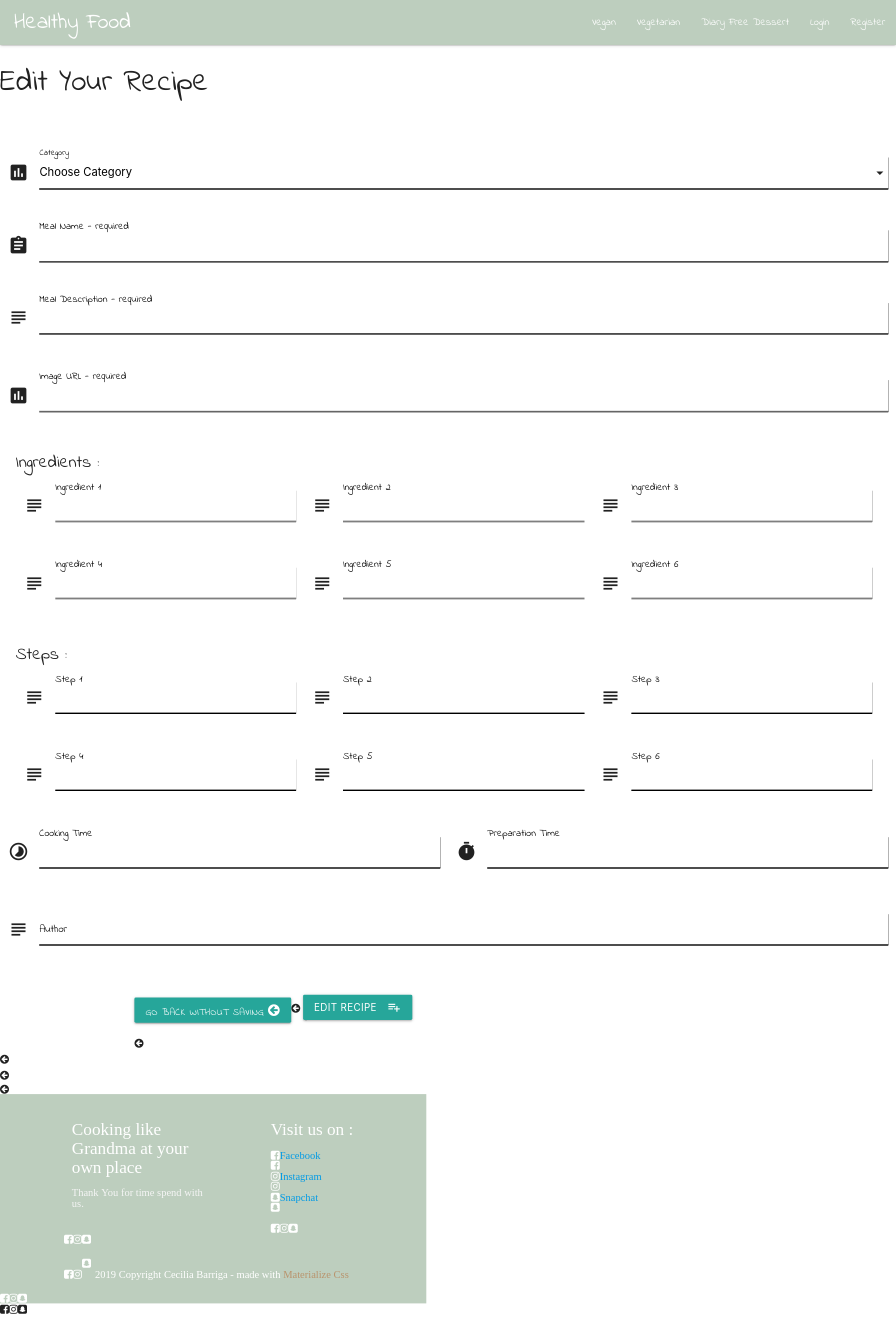
Repository: cesole/cookbook
Page: templates/edit_recipe.html
The author's editor kept a record of every edit. The page is drawn from the files as they stood at one moment, then again after the next edit.
The browser window is 1280 px wide. The pictures show the whole page, at 70% of full size.
The page is served by the project's application, run on Flask 3 (app.py). The template is opened directly, without the code that normally fills it, so the values that code supplies are empty.

Above is the page before.

### templates/edit_recipe.html
{% extends 'base.html'%} {% block content %}
<h3>Edit Your Recipe</h3>
<div class="row">
    <form action="{{ url_for('update_recipe', meal_id=meal._id) }}" method="POST" class="col s12">
        <div class="row">
            <div class="input-field col s12">
                <i class="material-icons prefix">poll</i>
                <select id="category" name="category_name">
                  <option value="" disabled selected>Choose Category</option>
                  {% for meal in meals %}
                      <option value="{{meal.category_name}}" selected >{{meal.category_name}}</option>
                      {% else %}
                       <option value="{{meal.category_name}}">{{meal.category_name}}</option>

                  {% endfor %}
                </select>
                <label>Category</label>
            </div>
        </div>
        <div class="row">
            <div class="input-field col s12">
                <i class="material-icons prefix">assignment</i>
                <input placeholder="" id="dish_name" name="dish_name" type="text" class="validate" data-length="20" value="{{meal.dish_name}}" required>
                <label for="icon_prefix">Meal Name - required</label>
            </div>
        </div>
        <div class="row">
            <div class="input-field col s12">
                <i class="material-icons prefix">subject</i>
                <textarea placeholder="" name="dish_description" id="dish_description" class="materialize-textarea" required>{{meal.dish_description}}</textarea>
                <label for="icon_telephone">Meal Description - required</label>
            </div>
        </div>
        <div class="row">
            <div class="input-field col s12">
                <i class="material-icons prefix">poll</i>
                <input placeholder="" id="image" name="image" value="{{meal.image}}" type="text" class="validate" data-length="100" required>
                <label for="icon_prefix">Image URL - required</label> {% for image in images %}
                <img src="{{meal.image}}" alt="meal image"> {% endfor %}
            </div>
        </div>
        <div class="row col s12 m12">
            <h5>Ingredients :</h5>
            <div class="input-field col s12 m4">
                <i class="material-icons prefix">subject</i>
                <textarea placeholder="" name="ingredient_one" id="ingredient_one" class="materialize-textarea">{{meal.ingredient_one}}</textarea>
                <label for="icon_telephone">Ingredient 1</label>
            </div>
            <div class="input-field col s12 m4">
                <i class="material-icons prefix">subject</i>
                <textarea placeholder="" name="ingredient_two" id="ingredient_two" class="materialize-textarea">{{meal.ingredient_two}}</textarea>
                <label for="icon_telephone">Ingredient 2</label>
            </div>
            <div class="input-field col s12 m4">
                <i class="material-icons prefix">subject</i>
                <textarea placeholder="" name="ingredient_three" id="ingredient_three" class="materialize-textarea">{{meal.ingredient_three}}</textarea>
                <label for="icon_telephone">Ingredient 3</label>
            </div>
        </div>
        <div class="row col s12 m12">
            <div class="input-field col s12 m4">
                <i class="material-icons prefix">subject</i>
                <textarea placeholder="" name="ingredient_four" id="ingredient_four" class="materialize-textarea">{{meal.ingredient_four}}</textarea>
                <label for="icon_telephone">Ingredient 4</label>
            </div>
            <div class="input-field col s12 m4">
                <i class="material-icons prefix">subject</i>
                <textarea placeholder="" name="ingredient_five" id="ingredient_five" class="materialize-textarea">{{meal.ingredient_five}}</textarea>
                <label for="icon_telephone">Ingredient 5</label>
            </div>
            <div class="input-field col s12 m4">
                <i class="material-icons prefix">subject</i>
                <textarea placeholder="" name="ingredient_six" id="ingredient_six" class="materialize-textarea">{{meal.ingredient_six}}</textarea>
                <label for="icon_telephone">Ingredient 6</label>
            </div>
        </div>
        <div class="row col s12 m12">
            <h5>Steps :</h5>
            <div class="input-field col s12 m4">
                <i class="material-icons prefix">subject</i>
                <textarea placeholder="" name="step_one" id="step_one" class="materialize-textarea">{{meal.step_one}}</textarea>
                <label for="icon_telephone">Step 1</label>
            </div>
            <div class="input-field col s12 m4">
                <i class="material-icons prefix">subject</i>
                <textarea placeholder="" name="step_two" id="step_two" class="materialize-textarea">{{meal.step_two}}</textarea>
                <label for="icon_telephone">Step 2</label>
            </div>
            <div class="input-field col s12 m4">
                <i class="material-icons prefix">subject</i>
                <textarea placeholder="" name="step_three" id="step_three" class="materialize-textarea">{{meal.step_three}}</textarea>
                <label for="icon_telephone">Step 3</label>
            </div>
        </div>
        <div class="row col s12 m12">
            <div class="input-field col s12 m4">
                <i class="material-icons prefix">subject</i>
                <textarea placeholder="" name="step_four" id="step_four" class="materialize-textarea">{{meal.step_four}}</textarea>
                <label for="icon_telephone">Step 4</label>
            </div>
            <div class="input-field col s12 m4">
                <i class="material-icons prefix">subject</i>
                <textarea placeholder="" name="step_five" id="step_five" class="materialize-textarea">{{meal.step_five}}</textarea>
                <label for="icon_telephone">Step 5</label>
            </div>
            <div class="input-field col s12 m4">
                <i class="material-icons prefix">subject</i>
                <textarea placeholder="" name="step_six" id="step_six" class="materialize-textarea">{{meal.step_six}}</textarea>
                <label for="icon_telephone">Step 6</label>
            </div>
        </div>
        <div class="row">
            <div class="input-field col s12 m6">
                <i class="material-icons prefix">timelapse</i>
                <textarea placeholder="" name="cook_time" id="cook_time" class="materialize-textarea">{{meal.cook_time}}</textarea>
                <label for="icon_telephone">Cooking Time</label>
            </div>
            <div class="input-field col s12 m6">
                <i class="material-icons prefix">timer</i>
                <textarea placeholder="" name="prep_time" id="prep_time" class="materialize-textarea">{{meal.prep_time}}</textarea>
                <label for="icon_telephone">Preparation Time</label>
            </div>
        </div>
        <div class="row">
            <div class="input-field col s12">
                <i class="material-icons prefix">subject</i>
                <textarea name="author" id="author" class="materialize-textarea">{{ meal.author }}</textarea>
                <label for="icon_telephone">Author</label>
            </div>
        </div>
    </form>
</div>
<div class="container">
    <div class="row">
        <a class="btn waves-effect waves-light" name="action" href="/get_my_recipes">Go Back without Saving <i class="fa fa-arrow-circle-left"></a>
        <button class="btn waves-effect waves-light" type="submit" name="action">Edit Recipe
                <i class="material-icons right">playlist_add</i>
             </button>

    </div>

</div>

{% endblock %}

### templates/base.html
<!DOCTYPE html>
<html lang="en">

<head>
    <meta charset="UTF-8">
    <meta name="viewport" content="width=device-width, initial-scale=1.0">

    <link href="https://fonts.googleapis.com/icon?family=Material+Icons" rel="stylesheet">
    <!-- Compiled and minified CSS -->
    <link rel="stylesheet" href="{{ url_for('static', filename='css/materialize.min.css') }}" type="text/css" />
    <link href="https://stackpath.bootstrapcdn.com/font-awesome/4.7.0/css/font-awesome.min.css" rel="stylesheet" integrity="sha384-wvfXpqpZZVQGK6TAh5PVlGOfQNHSoD2xbE+QkPxCAFlNEevoEH3Sl0sibVcOQVnN" crossorigin="anonymous">
    <link href="https://fonts.googleapis.com/css?family=Indie+Flower&display=swap" rel="stylesheet">
    <link rel="stylesheet" href="{{ url_for('static', filename='css/style.css') }}" type="text/css" />


    <title>Cookbook</title>
</head>

<body class="container-fluid">
    <nav>
        <div class="nav-wrapper">
            <a href="{{url_for('index')}}" class="brand-logo">Healthy Food</a>
            <a href="#" data-target="mobile-demo" class="sidenav-trigger"><i class="material-icons">menu</i></a>
            <ul class="right hide-on-med-and-down">
                {% if session.username %}
                <li>Hello, {{ session.username }}!</li>
                {% endif %}
                <li><a href="{{url_for('vegan')}}">Vegan</a></li>
                <li><a href="{{url_for('vegetarian')}}">Vegetarian</a></li>
                <li><a href="{{url_for('dessert')}}">Diary Free Dessert</a></li>
                {% if not session.username %}
                <li><a href="{{url_for('login')}}">Login</a></li>
                <li><a href="{{url_for('register')}}">Register</a></li>
                {% else %}
                <li><a href="{{url_for('get_my_recipes')}}">My Recipes</a></li>
                <li><a href="{{url_for('logout')}}">Logout</a></li>
                {% endif %}
            </ul>
        </div>
        <ul class="sidenav" id="mobile-demo">
            {% if session.username %}
            <li>Hello, {{ session.username }}!</li>
            {% endif %}
            <li><a href="{{url_for('vegan')}}">Vegan</a></li>
            <li><a href="{{url_for('vegetarian')}}">Vegetarian</a></li>
            <li><a href="{{url_for('dessert')}}">Diary Free Dessert</a></li>
            {% if not session.username %}
            <li><a href="{{url_for('login')}}">Login</a></li>
            <li><a href="{{url_for('register')}}">Register</a></li>
            {% else %}
            <li><a href="{{url_for('get_my_recipes')}}">My Recipes</a></li>
            <li><a href="{{url_for('logout')}}">Logout</a></li>
            {% endif %}
        </ul>
    </nav>

    <div class="container-fluid">
        <main>{% block content %}{% endblock %}</main>
    </div>

    <footer class="page-footer">
        <div class="container">
            <div class="row">
                <div class="col l6 s12">
                    <h5 class="white-text">Cooking like Grandma at your own place</h5>
                    <p class="grey-text text-lighten-4">Thank You for time spend with us.</p>
                </div>
                <div class="col l4 offset-l2 s12">
                    <h5 class="white-text">Visit us on :</h5>
                    <ul>
                        <li><i class="fa fa-facebook-square"><a class="social-media" href="https://www.facebook.com/" target=_blank>Facebook</a></li>
                        <li><i class="fa fa-instagram"><a class="social-media" href="https://www.instagram.com/" target=_blank>Instagram</a></li>
                        <li><i class="fa fa-snapchat-square"><a class="social-media" href="https://www.snapchat.com/" target=_blank>Snapchat</a></li>
                    </ul>
                </div>
            </div>
            <div class="copyright">
                <div class="row">
                    © 2019 Copyright Cecilia Barriga - made with <a class="orange-text text-lighten-3" href="https://materializecss.com/" target=_blank>Materialize Css</a>
                </div>
            </div>
        </div>
    </footer>


    <script src="https://code.jquery.com/jquery-3.3.1.slim.min.js" integrity="sha384-q8i/X+965DzO0rT7abK41JStQIAqVgRVzpbzo5smXKp4YfRvH+8abtTE1Pi6jizo" crossorigin="anonymous"></script>
    <!-- Compiled and minified JavaScript -->
    <script src="https://cdnjs.cloudflare.com/ajax/libs/materialize/1.0.0/js/materialize.min.js"></script>

    <script>
        $(document).ready(function() {
            $('.sidenav').sidenav();
            $('.parallax').parallax();
            $('.carousel').carousel();
            $('.slider').slider();
            $('select').formSelect();
        });
    </script>

</body>

</html>

### app.py
import os
from flask import Flask, render_template, flash, redirect, request, url_for, session, make_response, current_app
from flask_pymongo import PyMongo
import pymongo
from pymongo import MongoClient
from bson.objectid import ObjectId
import json
from datetime import datetime
from functools import update_wrapper


app = Flask(__name__)
app.config["MONGO_DBNAME"] = 'cook_book'
app.config["MONGO_URI"] = os.getenv('MONGO_URI', 'mongodb://localhost')
app.config['SECRET_KEY'] = "cooking_book"


mongo = PyMongo(app)




@app.route('/')
@app.route('/index')
def index():
    return render_template('index.html')

@app.route('/vegan')
def vegan():
    return render_template('vegan.html',
                            meals=mongo.db.meals.find())

@app.route('/vegetarian')
def vegetarian():
    return render_template('vegetarian.html',
                            meals=mongo.db.meals.find())

@app.route('/dessert')
def dessert():
    return render_template('dessert.html',
                            meals=mongo.db.meals.find())

@app.route('/login', methods=["POST", "GET"])
def login():
    users = mongo.db.users
    login_user = users.find_one({"username" : request.form.get("username", False)})
    if login_user:
        if (request.form['pass']) == login_user['password']:
            session['username'] = request.form['username']
            return redirect(url_for('index'))
        flash('Invalid username/password combination')

    return render_template('login.html')




@app.route('/register', methods=["POST", "GET"])
def register():
    if request.method == "POST":
        users = mongo.db.users
        existing_user = users.find_one({"username" : request.form['username']})
        if existing_user is None:
            users.insert({'username' : request.form['username'],
                            'password' : request.form['pass']
            })
            session['username'] = request.form['username']
            return redirect(url_for('index'))
        flash("Username already exist! Try again!")
    return render_template('register.html')


@app.route('/get_my_recipes', methods=['GET', 'POST'])
def get_my_recipes():
    if not 'username' in session:
        return redirect('/login')
    else:
        meals = mongo.db.meals.find()
        return render_template('user_recipes.html',
                           user=session['username'],
                        meals=meals)

@app.route('/add_recipe')
def add_recipe():
    return render_template('add_recipe.html',
                            categories=mongo.db.categories.find(),
                            meals=mongo.db.meals.find())


@app.route('/insert_recipe', methods=['POST'])
def insert_recipe():
    meals =  mongo.db.meals
    meals.insert_one(request.form.to_dict())
    return render_template('user_recipes.html',
    categories=mongo.db.categories.find(),
                            meals=mongo.db.meals.find())


@app.route('/delete_recipe/<meal_id>')
def delete_recipe(meal_id):
    mongo.db.meals.remove({'_id': ObjectId(meal_id)})
    return redirect(url_for('get_my_recipes'))


@app.route('/edit_recipe/<meal_id>')
def edit_recipe(meal_id):
    the_meal =  mongo.db.meal.find_one({"_id": ObjectId(meal_id)})
    all_categories =  mongo.db.categories.find()
    return render_template('edit_recipe.html', meal=the_meal,
                           categories=all_categories)


@app.route('/update_recipe/<meal_id>', methods=["POST"])
def update_recipe(meal_id):
    meals = mongo.db.meals
    meals.update( {'_id': ObjectId(meal_id)},
    {
        'dish_name':request.form.get('dish_name'),
        'category_name':request.form.get('category_name'),
        'dish_description': request.form.get('dish_description'),
        'ingredient_one': request.form.get('ingredient_one'),
        'ingredient_two': request.form.get('ingredient_two'),
        'ingredient_three': request.form.get('ingredient_three'),
        'ingredient_four': request.form.get('ingredient_four'),
        'ingredient_five': request.form.get('ingredient_five'),
        'ingredient_six': request.form.get('ingredient_six'),
        'step_one': request.form.get('step_one'),
        'step_two': request.form.get('step_two'),
        'step_three': request.form.get('step_three'),
        'step_four': request.form.get('step_four'),
        'step_five': request.form.get('step_five'),
        'step_six': request.form.get('step_six'),
        'image': request.form.get('image'),
        'cook_time': request.form.get('cook_time'),
        'prep_time': request.form.get('prep_time'),
        'author': request.form.get('author')
    })
    return redirect(url_for('get_my_recipes'))



@app.route('/logout')
def logout():
    session.clear()
    return redirect(url_for('index'))

@app.route('/recipe/<meal_id>', methods=['GET', 'POST'])
def recipe(meal_id):
    the_meal =  mongo.db.meals.find_one({"_id": ObjectId(meal_id)})
    return render_template('recipe.html', meal=the_meal)


if __name__ == '__main__':
    app.run(host=os.environ.get('IP'),
            port=int(os.environ.get('PORT')),
            debug=True)

### static/css/style.css
.parallax {
    background-image: url('static/images/background.jpg');
}

nav .nav-wrapper {
    position: relative;
    height: 100%;
    background-color: #bdcebe !important;
    color: white;
}

.index-container {
    margin-left: 30px;
    color: #d6cbd3;
}

.brand-logo {
    font-family: 'Indie Flower', cursive;
    margin-left: 20px;
}

html {
    font-family: 'Indie Flower', cursive;
}

.description {
    font-size: 1.5rem;
}

main {
    min-height: 50vh;
}

form {
    margin-top: 50px;
}

.meals {
    padding-top: 50px;
}

span.card-title {
    background-color: #d68d057a;
    width: 100%;
    padding: 10px !important;
}

.card-content {
    height: 100px;
}

/* Caption styles */

.caption {
    background-color: rgba(0, 0, 0, 0.1);
}

/* parallax styles */
.grey-text.text-darken-3 {
    color: white !important;
    text-align: center;
}

.white {
    background-color: #bdcebe !important;
    color: white;
    text-align: center;
}

/* end of style */

/* carousel style */

.carousel {
    height: 250px;
}

/* end of styles */

.input-field label {
    color: black;
}

.input-field input[type=text],
.input-field input[type=password],
.input-field input[type=email]{
    border-bottom: 1px solid black;
    box-shadow: 0 1px 0 0 black;
}

.switch label {
    color: black;
}

textarea.materialize-textarea {
    border-bottom: 1px solid black;
    box-shadow: 0 1px 0 0 black;
}

label.active {
    color: #000000 !important;
    font-size: 18px !important;
}


.page-footer {
    padding-top: 20px;
    color: #fff;
    background-color: #bdcebe !important;
}

img.responsive-img {
    max-width: 70%;
    height: auto;
}


.title-image {
    background-image: url('static/images/background.jpg');
}

.flashes {
    text-align: center;
    font-size: 2rem;
}


.orange-text.text-lighten-3 {
    color: #b9936c !important;
}




/* MEDIA STYLE */

@media (max-width: 768px) {
    nav .brand-logo {
        font-size: 1rem;
    }
}

Loaded but not shown: static/css/materialize.min.css (library)

After the next edit:
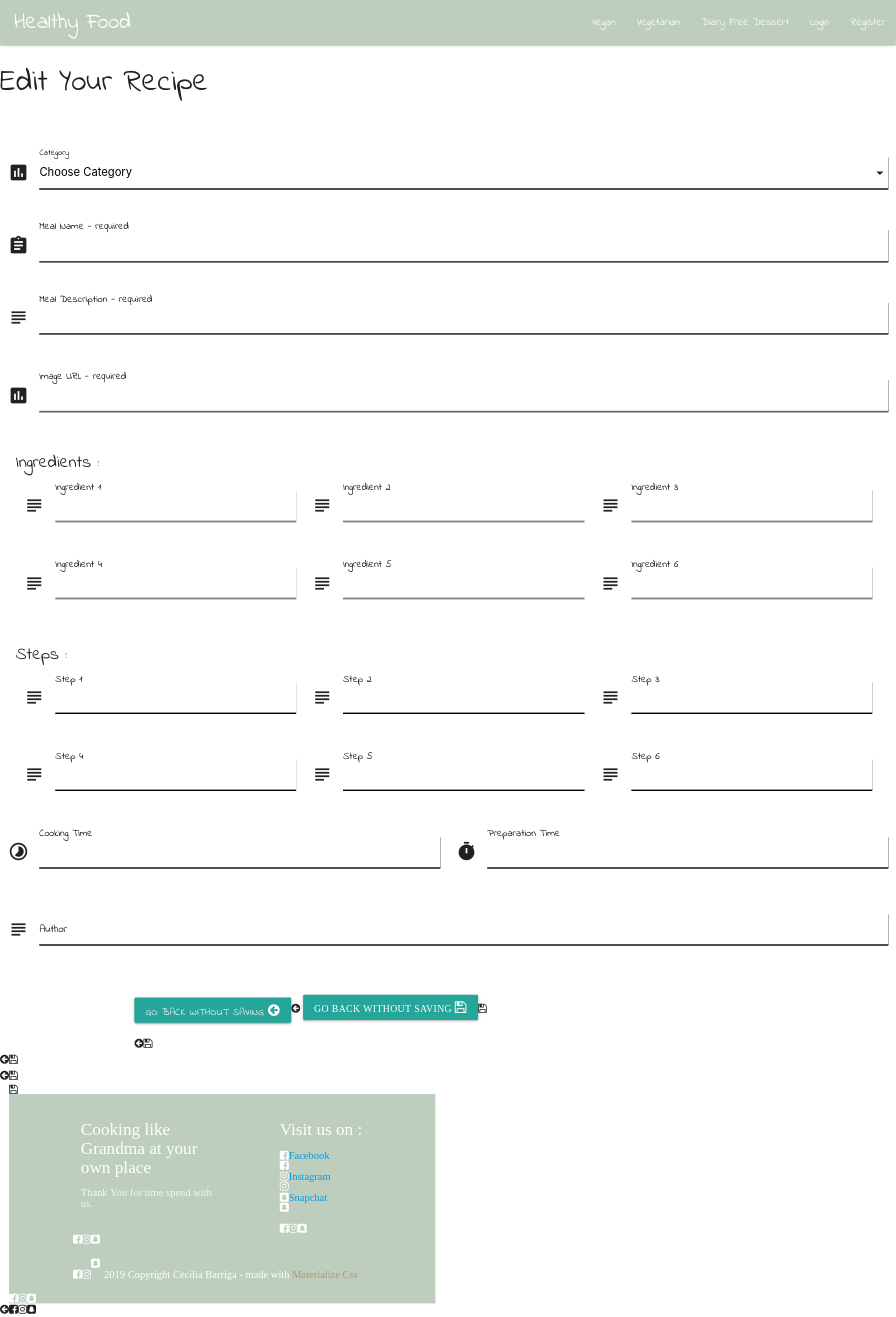
The edit:
--- a/templates/edit_recipe.html
+++ b/templates/edit_recipe.html
@@ -133,9 +133,7 @@
 <div class="container">
     <div class="row">
         <a class="btn waves-effect waves-light" name="action" href="/get_my_recipes">Go Back without Saving <i class="fa fa-arrow-circle-left"></a>
-        <button class="btn waves-effect waves-light" type="submit" name="action">Edit Recipe
-                <i class="material-icons right">playlist_add</i>
-             </button>
+        <a class="btn waves-effect waves-light" name="action" href="{{url_for('update_recipe', meal_id=meal._id)}}">Go Back without Saving <i class="fa fa-save"></a>
 
     </div>
 
